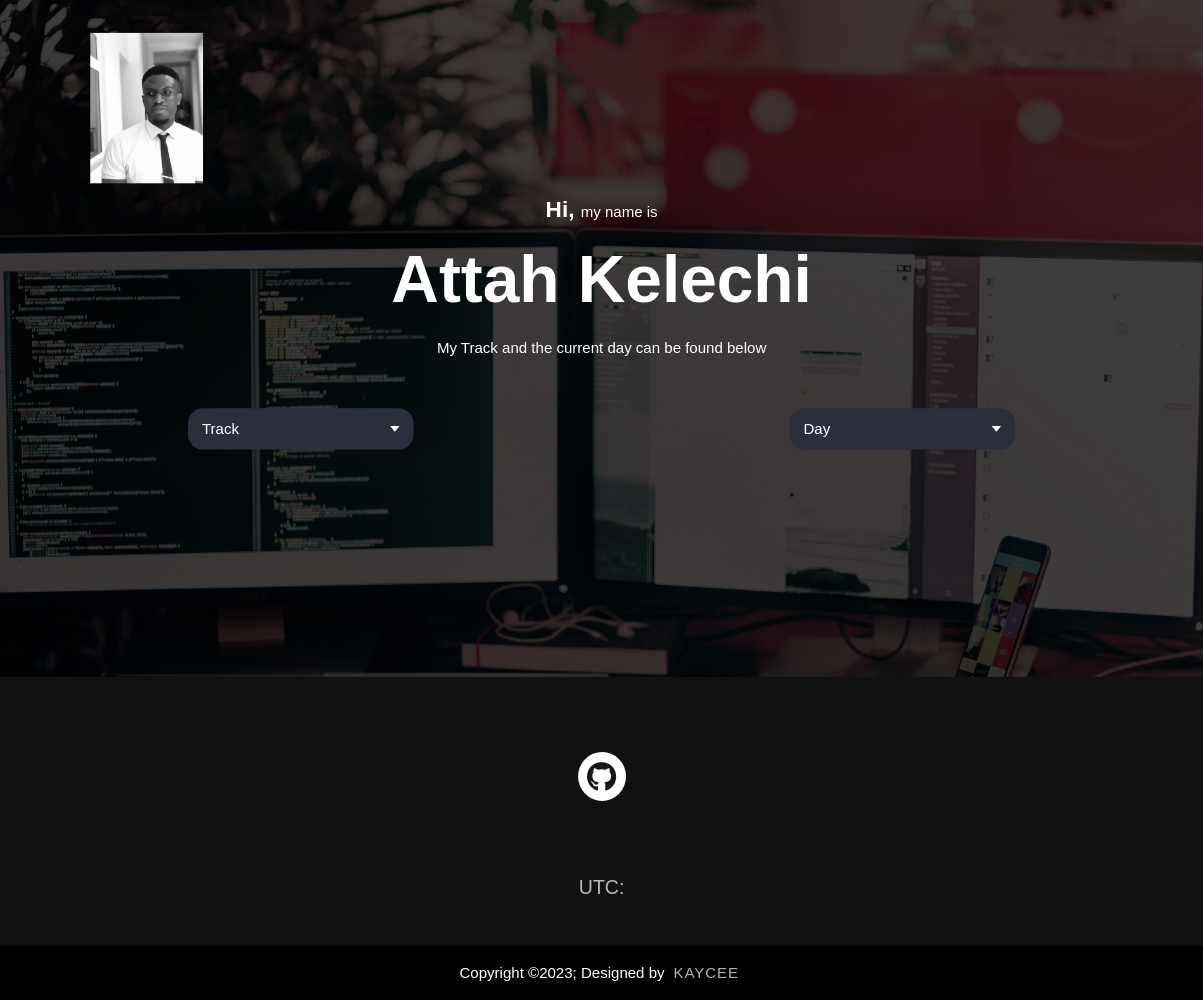
Repository: Kaycee-attah/HNG-Internship_2023
Page: index.html
These files come from the project's save history. The page is drawn as it stood at one moment and after the next save; the edit follows.
The browser window is 1280 px wide. The pictures show the whole page, at 94% of full size.

Above is the page before, as saved 2023-09-07 12:01:11.

### index.html
<!DOCTYPE html>
<html lang="en">
<head>
    <meta charset="UTF-8">
    <meta name="viewport" content="width=device-width, initial-scale=1.0">
    <title>How to make a website - Easy tutorial</title>
    <link rel="stylesheet" href="style.css">
    <link rel="stylesheet" href="https://cdnjs.cloudflare.com/ajax/libs/font-awesome/6.4.2/css/all.min.css" integrity="sha512-z3gLpd7yknf1YoNbCzqRKc4qyor8gaKU1qmn+CShxbuBusANI9QpRohGBreCFkKxLhei6S9CQXFEbbKuqLg0DA==" crossorigin="anonymous" referrerpolicy="no-referrer" />
</head>
<body>
    <div class="banner">
        <div class="navbar">
            <img class="logo" src="slack_DP.JPG" alt="Kaycee" data-testid="slackDisplayImage">
            <!-- <ul>
                <li><a href="#">Home</a></li>
                <li><a href="#">Bedroom</a></li>
                <li><a href="#">Dining</a></li>
                <li><a href="#">Kitchen</a></li>
                <li><a href="#">Backyard</a></li>
            </ul> -->
        </div>
    </div>
    <div class="content">
        <h2>Hi, <span class="text"> my name is</span></h2>
        <h1 data-testid="slackUserName">Attah Kelechi</h1>
        <p>My Track and the current day can be found below</p>

        <div class="track_info">
            <div class="dropdown">
                <div class="select">
                    <span class="selected">Track</span>
                    <div class="caret"></div>
                </div>
                <ul class="menu">
                    <li data-testid="myTrack">Frontend </li>

                </ul>

                <!-- <button type="button"><span class="btn"></span> MORE</button>
                <button type="button"><span class="btn"></span>SUBSCRIBE</button> -->
            </div>
            <div class="dropdown">
                <div class="select">
                    <span class="selected">Day</span>
                    <div class="caret"></div>
                </div>
                <ul class="menu">
                    <li data-testid="currentDayOfTheWeek">Framer </li>

                </ul>

                <!-- <button type="button"><span class="btn"></span> MORE</button>
                <button type="button"><span class="btn"></span>SUBSCRIBE</button> -->
            </div>
        </div>


    </div>
    <footer>
        <div class="footer_Container">
            <div class="social-icon">
                <a href=""><i class="fa-brands fa-github"></i></a>
            </div>

        </div>
        <div class="footer_Info">
            <ul>
                <li data-testid="currentUTCTime">UTC: </li>

            </ul>
        </div>
        <div class="footer_Bottom">
            <p>Copyright &copy;2023; Designed by <span class="designer">Kaycee</span></p>
        </div>
    </footer>

    <script src="script.js"></script>
</body>

</html>

### style.css
*{
    margin: 0;
    padding: 0;
    font-family: sans-serif;

}
body{
    background-image: linear-gradient(rgba(0,0,0,0.75), rgba(0,0,0,0.75)), url(IMG_6759.JPG);
    background-size: cover;
    background-position: center;
}

.banner{
    width: 100%;
    height: 100vh;


}
.navbar{
    width: 85%;
    margin: auto;
    padding: 35px 0;
    display: flex;
    align-items: center;
    justify-content: space-between;
}
.logo{
    width: 120px;
    cursor: pointer;
}
.navbar ul li{
    list-style: none;
    display: inline-block;
    margin: 0 20px;
    position: relative;
}
.navbar ul li a{
    text-decoration: none;
    color: #fff;
    text-transform: uppercase;
}
.navbar ul li::after{
    content: "";
    height: 3px;
    width: 0;
    background: #009688;
    position: absolute;
    left: 0;
    bottom: -10px;
    transition: 0.5s;
}
.navbar ul li:hover::after{
    width: 100%;
}
.content{
    width: 100%;
    position: absolute;
    top: 50%;
    transform: translateY(-50%);
    text-align: center;
    color: #fff;
}
.content h1{
    font-size: 70px;
    margin-top: 20px;
}
.content p{
    margin: 20px auto;
    font-weight: 100;
    line-height: 25px;
}
.text{
    margin: 0;
    font-weight: 20;
    font-size: medium;
    line-height: 5px;
}
.track_info {
    display: flex;
    justify-content: space-around;
    align-items: center;
}
.dropdown{
    min-width: 15em;
    position: relative;
    margin: 2em;
    /* display: flex;
    justify-content: space-between;
    align-items: center; */

}
.dropdown *{
    box-sizing: border-box;
}

.select{
    background: #2a2f3b;
    color: #fff;
    display: flex;
    justify-content: space-between;
    align-items: center;
    border: 2px #2a2f3b solid;
    border-radius: 1em;
    cursor: pointer;
    transition: background 0.3s;
    padding: 0.7em 0.8em;
}
.select-clicked{
    border: 2px #26489a solid;
    box-shadow: 0 0 0.8em #26489a;
    display: flex;
    justify-content: space-between;


}

.select:hover{
    background: #323741;
}

.caret{
    width: 0;
    height: 0;
    border-left: 5px solid transparent;
    border-right: 5px solid transparent;
    border-top: 6px solid #fff;
    transition: 0.3s;
}

.caret-rotate{
    transform: rotateX(180deg);

}

.selected-rotate{
    transform: rotateX(180deg);

}

.menu{
    list-style: none;
    padding: 0.2em 0.5em;
    background: #323741;
    border: 1px #363a43 solid;
    box-shadow: 0 0.5em 1em rgba(0, 0, 0, 0.2);
    border-radius: 0.5em;
    color: #9fa5b5;
    position: absolute;
    width: 100%;
    top: 4em;
    min-height: auto;
    left: 50%;
    transform: translateX(-50%);
    opacity: 0;
    display: none;
    transition: 0.2s;
    z-index: 1;
}

.menu li{
    padding: 0.7em 0.5em;
    margin: 0.3em 0;
    border-radius: 0.5em;
}

.menu li:hover{
    background: #2a2d35;
}

.menu-open{
    display: block;
    opacity: 1;
}


button{
    width: 200px;
    padding: 15px 0;
    text-align: center;
    margin: 20px 10px;
    border-radius: 25px;
    font-weight: bold;
    border: 2px solid #009688;
    background: transparent;
    color: #fff;
    cursor: pointer;
    position: relative;
    overflow: hidden;
}
.btn{
    background: #009688;
    height: 100%;
    width: 0;
    border-radius: 25px;
    position: absolute;
    left: 0;
    bottom: 0;
    z-index: -1;
    transition: 0.5s;
}
button:hover span{
    width: 100%;
}
footer{
    background-color: #111;
    width: 100%;
}
.footer_Container{
    /* width: 100%; */
    padding: 70px 30px 20px;
}
.social-icon{
    display: flex;
    justify-content: center;
}
.social-icon a{
    text-decoration: none;
    padding: 10px;
    background-color: white;
    margin: 10px;
    border-radius: 50%;
}
.social-icon a i{
    font-size: 2em;
    color: black;
    opacity: 0.9;
}


.social-icon a:hover{
    background-color: #111;
    transition: 0.5s;
}
.social-icon a:hover i{
    background-color: white;
    transition: 0.5s;
}
.footer_Info{
    margin: 30px 0;
}
.footer_Info ul{
    display: flex;
    justify-content: space-around;
}
.footer_Info ul li{
    color: white;
    margin: 20px;
    text-decoration: none;
    list-style: none;
    font-size: 1.3em;
    opacity: 0.7;
    transition: 0.5s;
}

.footer_Bottom {
    background-color: #000;
    padding: 20px;
    text-align: center;
}
.footer_Bottom p{
    color: white;

}
.designer{
    opacity: 0.7;
    text-transform: uppercase;
    letter-spacing: 1px;
    font-weight: 400;
    margin: 0px 5px;
    /* position: fixed; */
}

@media (max-width: 700px){
    .footer_Info ul{
        flex-direction: column;
    }
    .footer_Info ul li{
        width: 100%;
        text-align: center;
        margin: 10px 0;
    }
}

### script.js
const now = new Date();
const day = now.getDay();
const hours = now.getHours();
const minutes = now.getMinutes();
const UTCtimeStamp = now.getTime();
const GMTdate_and_time = now.toUTCString();
const daysOfWeek = [
    "Sunday",
    "Monday",
    "Tuesday",
    "Wednesday",
    "Thursday",
    "Friday",
    "Saturday"
]
const today = daysOfWeek[day];
const UTC = now.getUTCMilliseconds();
console.log("Current day of the week:", today)
console.log("UTC:", UTC)

console.log("UTCtimeStamp:", UTCtimeStamp)
console.log("GMTdate_and_time:", GMTdate_and_time)

const dropdowns = document.querySelectorAll('.dropdown');

dropdowns.forEach(dropdown => {
    const select = dropdown.querySelector('.select');
    const caret = dropdown.querySelector('.caret');
    const menu = dropdown.querySelector('.menu');
    const options = dropdown.querySelector('.menu li');
    const selected = dropdown.querySelector('.selected');


    select.addEventListener('click', () => {
        select.classList.toggle('select-clicked');
        select.classList.toggle('caret-rotate');
        selected.classList.toggle('selected-rotate');
        menu.classList.toggle('menu-open');
    })

    // options.forEach(option => {
    //     option.addEventListener('click', () => {
    //         // select.classList.toggle('select-clicked');
    //         select.classList.remove('select-clicked')
    //         caret.classList.remove('caret-rotate');
    //         menu.classList.remove('menu-open');


    //     })
    // })
})

After the next save:
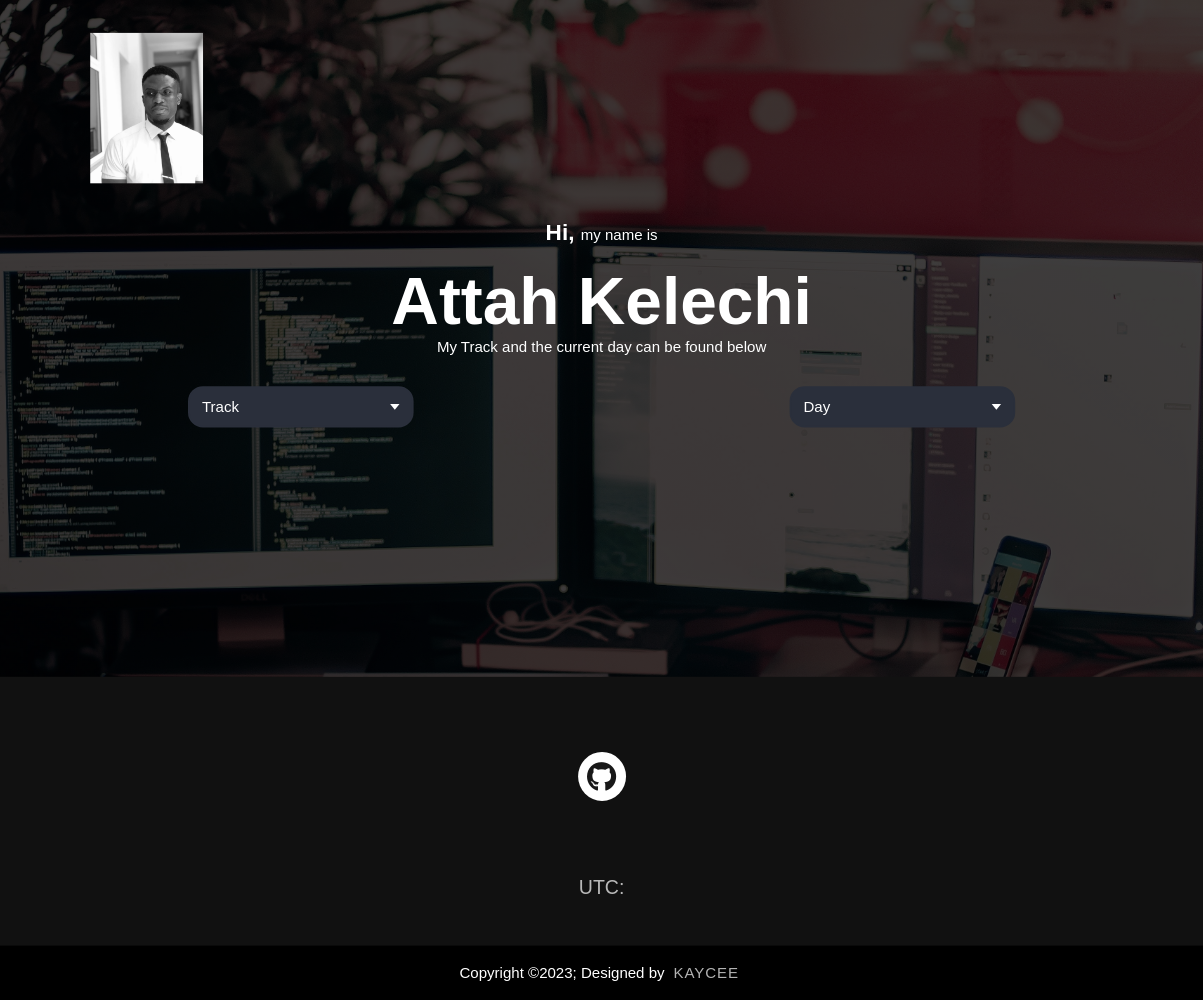
Saved 102 s later.
--- a/index.html
+++ b/index.html
@@ -23,7 +23,7 @@
     <div class="content">
         <h2>Hi, <span class="text"> my name is</span></h2>
         <h1 data-testid="slackUserName">Attah Kelechi</h1>
-        <p>My Track and the current day can be found below</p>
+        <span class="text-sm">My Track and the current day can be found below</span>
 
         <div class="track_info">
             <div class="dropdown">
